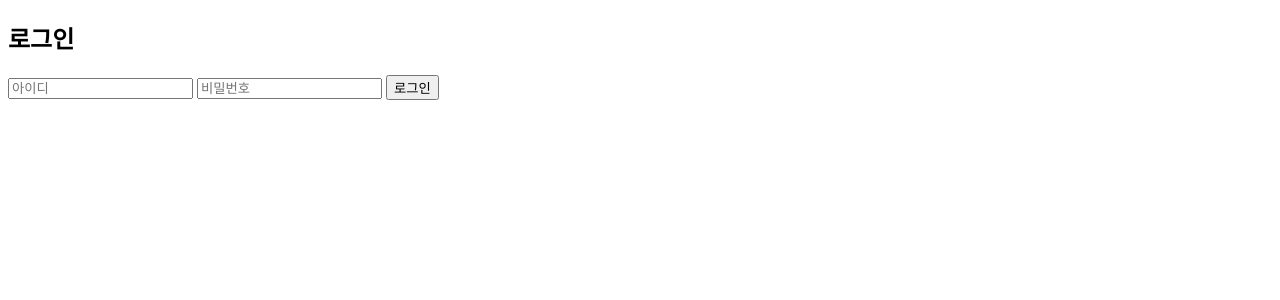
Repository: pencil-HB/SSAFY_Backend
Page: http://localhost/BackendProject/html/login.html
An editor plug-in stored every save of this project. The page is shown before and after the next save, followed by the edit.
The browser window is 1280 px wide. The pictures show the whole page.
The page is served by Tomcat 10.

Above is the page before, as saved 2024-09-23 05:15:19.

After the next save:
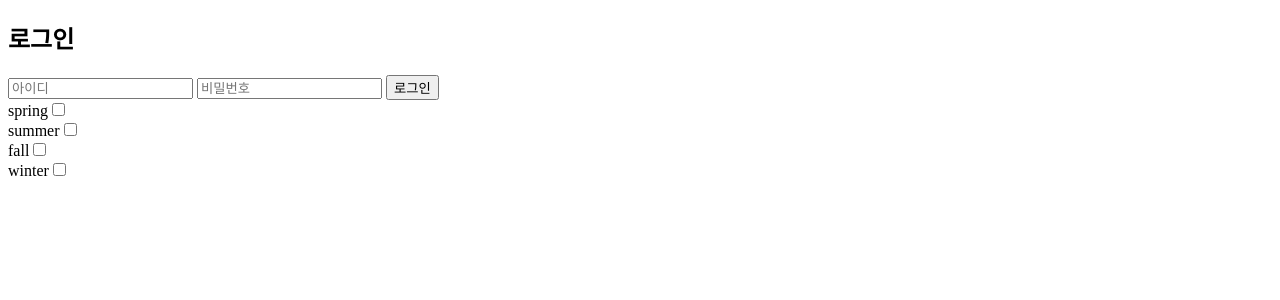
Saved 81 s later.
--- a/BackendProject/src/main/webapp/html/login.html
+++ b/BackendProject/src/main/webapp/html/login.html
@@ -5,11 +5,16 @@
 <title>Insert title here</title>
 </head>
 <body>
- <form method="get" action="/BackendProject/loginServlet">
+ <form method="post" action="/BackendProject/loginServlet">
         <h2>로그인</h2>
         <input type="text" id="id" name="id" placeholder="아이디" required>
         <input type="password" id="pw" name="pw" placeholder="비밀번호" required>
         <button type="submit">로그인</button>
     </form>
+
+    spring<input type="checkbox" name="season" value="spring"><br>
+    summer<input type="checkbox" name="season" value="spring"><br>
+    fall<input type="checkbox" name="season" value="spring"><br>
+    winter<input type="checkbox" name="season" value="spring"><br>
 </body>
 </html>
